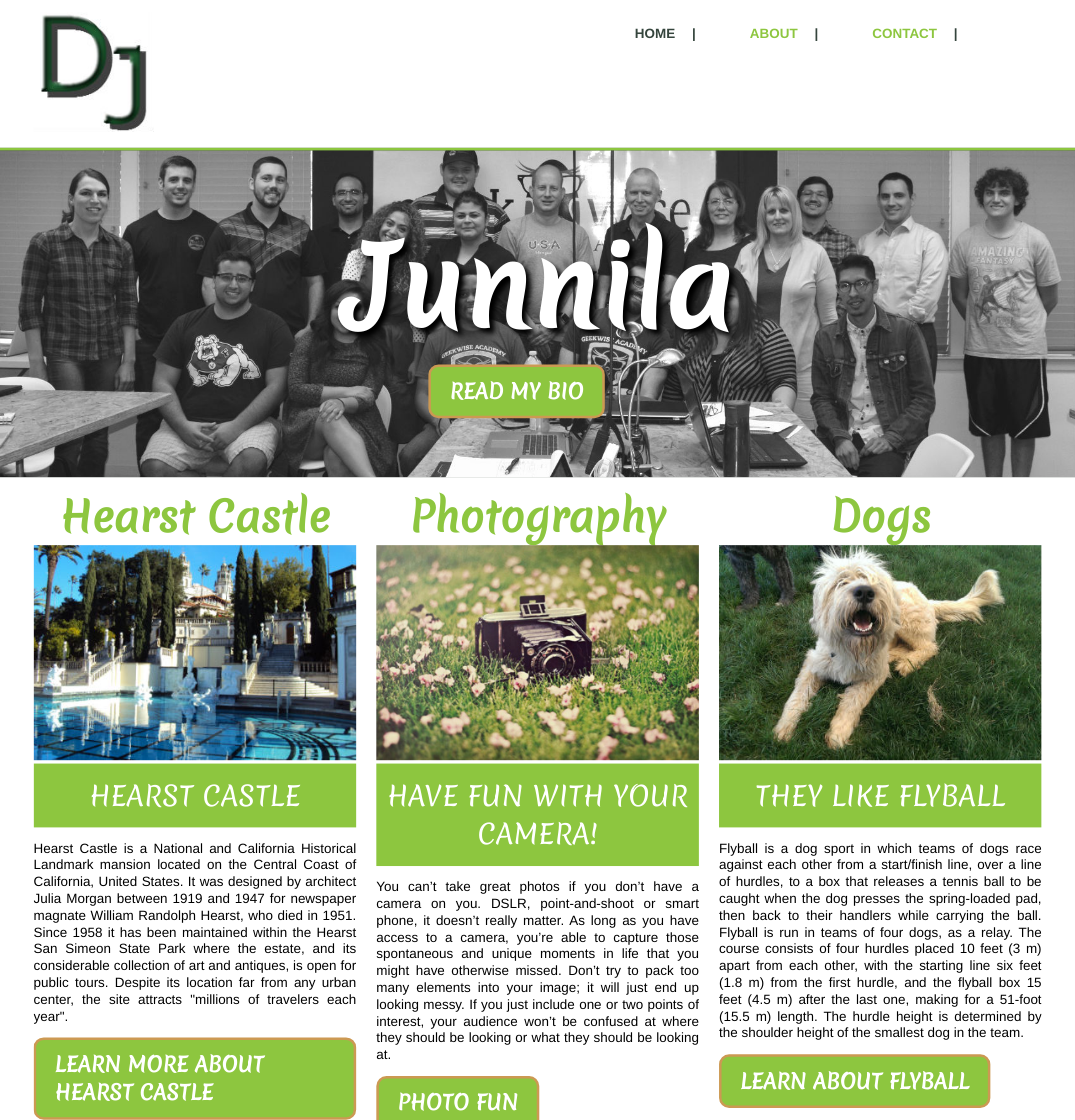
Repository: denajunnila/denaj
Page: index.html
The author's editor kept a record of every edit. The page is drawn from the files as they stood at one moment, then again after the next edit.
The browser window is 1280 px wide. The pictures show the part of the page from y = 0 to 1333 px (the page is 1911 px tall before and 1899 px after), at 84% of full size.
A picture or video elsewhere on the page could not be fetched, so the positions and the page height are approximate.

Above is the page before.

### index.html
<!DOCTYPE html>

<html>
    <!--WE DONT SEE ANYTHING THAT IS IN THE HEAD TAG-->
    <head>
        <title>Dena Junnila</title>

        <meta http-equiv="content-type" content="text/html; charset=UTF-8"/>
        <meta name="description" content="Welcome to the home of Dena Junnila page in Fresno CA." />
        <meta name="keywords" content="dena, junnila, fresno, dena junnila" />
        <link href='https://fonts.googleapis.com/css?family=Merriweather|Merienda' rel='stylesheet' type='text/css'>


        <link rel="stylesheet" href="css/styles.css" type="text/css" />
        <link rel="stylesheet" href="css/font-awesome.css" type="text/css" />


    </head>
    <body>
        <header>
            <div class="mainBody" id="header">
                <figure>
                    <img src="images/logo.jpg" alt="Dena Junnila" /> <!-- insert logo-->

                    <!--<h1><a href ="index.html" title="" id="logo">Dena Junnila</a></h1>-->
                </figure>
                <nav id="menu">
                    <ul>
                        <li class="currentPage"><a href="index.html">Home</a></li>
                        <li><a href="about-me.html">About</a></li>
                        <li><a href="contact.html">Contact</a></li>
                    </ul>
                </nav>
            </div>
        </header>
        <div id="bannerHome">
            <h1 class="bannerTitle">Junnila</h1>
            <div class="bannerButton" >
                <a href="about-me.html" title=""  class="button">Read my Bio</a>
            </div>
        </div>
        <section class="mainBody">
            <!--COLUMN (A) STARTS HERE-->
            <article class="columnA">
                <h2>Hearst Castle</h2>
                <div class="columnImage">
                    <a href="http://hearstcastle.org/" target="_blank"><img src="images/hearstCastle.jpg" alt="Hearst Castle" title="Picture of Hearst Pool."/></a>
                    <span>Hearst Castle</span>
                </div>
                <p>Hearst Castle is a National and California Historical Landmark mansion located on the Central Coast of California, United States. It was designed by architect Julia Morgan between 1919 and 1947 for newspaper magnate William Randolph Hearst, who died in 1951. Since 1958 it has been maintained within the Hearst San Simeon State Park where the estate, and its considerable collection of art and antiques, is open for public tours. Despite its location far from any urban center, the site attracts "millions of travelers each year".</p>
                <a href="http://hearstcastle.org/" target="_blank" class="button" title="Hearst Castle">Learn More about Hearst Castle</a>
            </article>
            <!--COLUMN (A) ENDS HERE-->

            <!--COLUMN (B) STARTS HERE-->
            <article class="columnB">
                <h2>Photography</h2>
                <div class="columnImage">
                    <a href="http://photography.com/" target="_blank"><img src="images/photography.jpg" alt="Photogaphy" title="Picture of photography."/></a>
                    <span>Have fun with your camera!</span>
                </div>
                <p>You can’t take great photos if you don’t have a camera on you. DSLR, point-and-shoot or smart phone, it doesn’t really matter. As long as you have access to a camera, you’re able to capture those spontaneous and unique moments in life that you might have otherwise missed. Don’t try to pack too many elements into your image; it will just end up looking messy. If you just include one or two points of interest, your audience won’t be confused at where they should be looking or what they should be looking at. </p>
                <a href="http://photography.com/" target="_blank" class="button" title="Photography Fun">Photo fun</a>
            </article>
            <!--COLUMN (B) ENDS HERE-->

            <!--COLUMN (C) STARTS HERE-->
            <article class="columnC">
                <h2>Dogs</h2>
                <div class="columnImage">
                    <a href="http://www.u-fli.com/" target="_blank"><img src="images/dogs.jpg" alt="Dog photo" title="Picture of dog lying down."/></a>
                    <span>They like Flyball</span>
                </div>
                <p>Flyball is a dog sport in which teams of dogs race against each other from a start/finish line, over a line of hurdles, to a box that releases a tennis ball to be caught when the dog presses the spring-loaded pad, then back to their handlers while carrying the ball. Flyball is run in teams of four dogs, as a relay. The course consists of four hurdles placed 10 feet (3 m) apart from each other, with the starting line six feet (1.8 m) from the first hurdle, and the flyball box 15 feet (4.5 m) after the last one, making for a 51-foot (15.5 m) length. The hurdle height is determined by the shoulder height of the smallest dog in the team.</p>
                <a href="http://www.u-fli.com/" target="_blank" class="button" title="Learn about Flyball">Learn about Flyball</a>
            </article>
            <!--COLUMN (C) ENDS HERE-->

        </section>
        <section class="mainBody" id="aboutMe">

            <!--ABOUT ME SECTION STARTS HERE-->
            <!--ASIDE TAG IS OFF TO THE SIDE - BUT IN THIS CASE IT STAYS WITHIN THE SECTION-->
            <aside class="alignLeft">
                <figure>
                    <img src="images/dena.jpg" alt="" title="" />
                </figure>
            </aside>
            <article class="alignRight">
                <h2>Dena Junnila</h2>
                <p>Lorem ipsum dolor sit amet, consectetuer adipiscing elit,
                sed diam nonummy nibh euismod tincidunt ut laoreet dolore
                magna aliquam erilat volutpat. Ut wisi enim ad minim veniam,
                quis nostrud exerci <mark>mark</mark> suscipit lobortis nisl
                ut aliquip ex ea commodo consequat. Duis autem vel eum iriure
                dolor in hendrerit in <strong>I am strong</strong>vulputate velit esse molestie consequat,
                vel illum dolore eu feugiat nulla facilisis at vero eros et
                accumsan et iusto odio dignissim qui blandit praesent luptatum
                zzril delenit augue <span style="color:#FF0000">duis dolore</span> te feugait nulla facilisi.
                Nam liber <b>this is a be tag</b>tempor cum soluta nobis eleifend option congue
                nihil imperdiet doming id quod mazim placerat facer possim
                assum. Typi non habent claritatem insitam; est usus legentis
                in iis qui facit eorum claritatem. Investigationes
                demonstraverunt lectores legere me lius quod ii legunt saepius.
                Claritas est etiam processus dynamicus, qui sequitur mutationem
                consuetudium lectorum. Mirum est notare quam littera gothica,
              .</p>
                <!--<p>Lorem ipsum dolor sit amet, consectetur adipisicing elit. Dignissimos, alias, perspiciatis, eveniet, consequatur officiis ex rem quo totam ipsa molestiae animi error debitis! <blockquote>"blockquote tag the coolest thing I ever said"</blockquote>"" sit amet, consectetur adipisicing elit. A, excepturi iste vel libero eligendi quam id modi dolorum temporibus quod reiciendis doloremque cum molestiae quisquam ratione blanditiis quasi fugit veniam?</p>-->
                <a href="about-me.html" title="" class="button">Read my Full Bio</a>
            </article>
            <!--ABOUT ME SECTION ENDS HERE-->

        </section>
        <footer id="copyright">
            <div id="social">
                <a href="#" target="_blank"><i class="fa fa-facebook"></i></a>
                <a href="#" target="_blank"><i class="fa fa-twitter"></i></a>
                <a href="#" target="_blank"><i class="fa fa-instagram"></i></a>
            </div>
            <p>&copy; 2015 Dena Junnila. All rights reserved. | Site by: <a href="" target="_blank">Junnila Co.</a></p>
        </footer>
        <!--GOOGLE ANALYTICS HERE-->

             <script>
              (function(i,s,o,g,r,a,m){i['GoogleAnalyticsObject']=r;i[r]=i[r]||function(){
              (i[r].q=i[r].q||[]).push(arguments)},i[r].l=1*new Date();a=s.createElement(o),
              m=s.getElementsByTagName(o)[0];a.async=1;a.src=g;m.parentNode.insertBefore(a,m)
              })(window,document,'script','//www.google-analytics.com/analytics.js','ga');

              ga('create', 'UA-69065440-1', 'auto');
              ga('send', 'pageview');

            </script>
        <!--GOOGLE ANALYTICS HERE-->
    </body>
</html>

### css/styles.css
/*GLOBAL STYLES*/

/*
====================================
GLOBAL STYLES FOR THE ENTIRE SITE
====================================
*/
/**{background-color:#FFE6E6;} THIS IS A GLOBAL ATTRIBUTE*/
@import url(https://fonts.googleapis.com/css?family=Merriweather|Merienda);

html, body {
    height:100%; /*FILL THE WHOLE PAGE*/
}
body {
    margin:0px; /*goes to the edge*/
    padding:0px; /*goes to the edge*/
    background-color:#FFFFFF;
    /*GLOBALY SELECT FONT IF '' DOESN'T WORK DEFAULT TO NEXT*/
    font-family:'Source Sans Pro', Helvetica, sans-serif;
    font-size:16px;
    font-weight:300;



}
h1, h2, h3 {
    margin:0px;
    padding:0px;
    color:#8DC63F; /*THIS COLOR IS LIME GREEN*/
    font-family: 'Merienda', cursive, Helvetica, sans-serif;
}
h1 {
    font-size:2em; /*EM IS 2 TIMES  FONT-SIZE THAT IS CURRENTLY 16*/
}
p {
    line-height:20px;
    margin:15px 0px;/*WILL CREATE A MARGIN BETWEEN PARAGRAPHS TOP AND BOTTOM*/
}
strong, b{
    color:#8DC63F;
}
a {
    color:#8DC63F;
    text-decoration:none;
}
a:hover{
    color:#35453D;

}
figure {
    margin:0px;
    padding:0px;
}

/*HEADER STYLES*/
/*THIS IS AND ID INSTEAD OF CLASS*/

header {
    /*OPTIONAL BACKGROUND COLOR BEHIND BANNER*/
    background-color:#FFFFFF;
}

#header {
    position:relative;
    padding:15px 0px;
}
#logo {
    width:75px;
}

#logo:hover{
    color:#8DC63F;
    text-decoration:none;
}


/*NAVIGATION STYLES*/

#menu{
    position:absolute;
    top:15px;
    right:5%;
}
/*NAVIGATION TAG LOOK*/
#menu li{
    display:inline;
    margin:0px 20px;
    text-transform:uppercase;
    font-weight:600;
}

#menu li:after {
    content:"|";
    padding:0px 20px;
    color:#35453D;
}

.currentPage a {
    /*SECONDARY COLOR*/
    color:#35453D;
}

/*BANNER STYLES*/

#bannerHome {
    background:url(../images/banner.jpg) no-repeat center center #354535;
    background-size:cover;
    border-top:3px solid #8DC63F;
    padding:70px 0px;
    overflow:hidden;
}

#bannerAbout {
    background:url(../images/bannerAbout.jpg) no-repeat center center #354535;
    background-size:cover;
    border-top:3px solid #8DC63F;
    padding:30px 0px;
    overflow:hidden;
}

#bannerContact {
    background:url(../images/bannerContact.jpg) no-repeat center center #35453D;
    background-size:cover;
    border-top:3px solid #8DC63F;
    padding:30px 0px;
    overflow:hidden;
}

.bannerTitle {
    color:#FFFFFF;
    font-size:8em;
    text-align:center;
    text-shadow:6px 6px 6px #000000;
}

/*MAIN STYLES*/
.mainBody{
    width:1200px;
    overflow:hidden;
    margin:0px auto; /*HOW TO CENTER ITEM*/
}

/*COLUMN STYLES*/

.columnA, .columnB, .columnC {
    width:384px;
}

.columnA, .columnB {
    float:left;
    margin-right:24px;
}

.columnC {
    float:left;
}

.columnA h2, .columnB h2, .columnC h2{
	font-family: 'Merienda', cursive, Helvetica, sans-serif;
	font-weight:700;
    font-size:3em;
    text-align:center;
    margin-top:12px;
}

.columnImage span {
    background-color:#8DC63F;
    color:#FFFFFF;
    /*BLOCK STACK ONE ON TOP OF OTHER*/
    display:block;
    font-size:2em;
    font-weightx:600;
    padding:15px 0px;
    margin-bottom:15px;
    text-align:center;
    text-transform:uppercase;
	font-family: 'Merienda', cursive, Helvetica, sans-serif;
}
.roundImg{
    padding:25px 0px;
    overflow:hidden;
    border-radius:185px;
}

.columnA p, .columnB p, .columnC p{
    padding:0px;
    text-align:justify;
}

/*BUTTON STYLES*/

a.button {
	font-family: 'Merienda', cursive, Helvetica, sans-serif;
    background-color:#8DC63F;
	padding:12px 22px;
	border:3px solid #CC9953;
	border-radius:12px 12px;
	/*border-radius:4px;*/
	font-size:1.5em;
	text-transform:uppercase;
	color:#FFFFFF;
    text-decoration:none;
	font-weight:600;
	float:left;


	/*CLEARS EVERYTHING OFF THAT LINE*/
}
a.button:hover {
    background-color:#35453d;
}

/*ABOUT STYLES*/

.alignLeft {
    float:left;
    width:384px;
    margin-right:24px;

}

.alignRight{
    float:right;
    width:788px;
}
.bannerButton{
  margin:0px auto;
  width:260px;

}

#aboutMe{
   margin-top:20px;
}



/*.vidContainer {*/
    /*padding-top:20px;*/
    /*float:left;*/
    /*width:384px;*/
    /*margin-right:12px;*/
/*}*/
/*.vidContainer2 {*/
    /*padding-top:30px;*/
    /*float:right;*/
    /*width:610px;*/
    /*margin-right:12px;*/
/*}*/

/*FOOTER STYLES*/
footer{
    margin-top:20px;
    clear:both;/*PLAY WITH THIS ON THE ABOUT PAGE*/
}

#copyright {
    overflow:hidden;
    padding:40px 0px;
    border-top:4px solid #8DC63F;
    background-color:#E2E2E2;
    display:block;
}

#copyright p {
    text-align:center;
    font-size:1em;
}

#copyright a {
    color:#35453D;

}
#copyright a:hover {
    color:#8DC63F;
    text-decoration:none;
}

/*CUSTOM STYLES*/
.vidContainer {
    margin: 0px auto;
    width: 98%;
}
#videoHolder {
    height: 0px;
    overflow: hidden;
    padding-bottom: 56.25%;
    padding-top: 30px;
    position: relative;
    width: 100%;
}
#videoHolder iframe, .video-container object, .video-container embed {
    height: 100%;
    left: 0px;
    position: absolute;
    top: 0px;
    width: 100%;
}

/*FORM */
#wufoo-z1n5w6jj1qyksd9{
    background-color:#F1F1F1;
    border-radius:10px;
    border:3px solid #35453D;
    width:80%;
    margin: 0px auto;
    padding:40px;
}
#maps{
    /*background-color:#F1F1F1;*/
    border-radius:10px;
    /*border:3px solid #8DC63F;*/
    width:80%;
    margin: 0px auto;
    padding:40px;
}

/*SOCIAL MEDIA STYLES*/
.fa {
    background-color:#8DC63F;
    border:3px solid #FFFFFF;
    border-radius:100%;
    font-size:1.7em !important;
    margin:15px;
    color:#FFFFFF;
    height:28px;
    width:28px;
    padding:10px;
    text-align:center;

}
.fa:hover{
    background-color:#35453D;
}

.fa-facebook{
    background-color:#0C516E;
}

.fa-twitter{
    background-color:#8CA6D9;
}

#social{
    text-align:center;
}
/*WANT TO BE SMALLER UNDER CONDIDITON*/
@media screen and (max-width:400px){
    h1 {
        font-size: .6em;
    }
}

Loaded but not shown: css/font-awesome.css (library)

After the next edit:
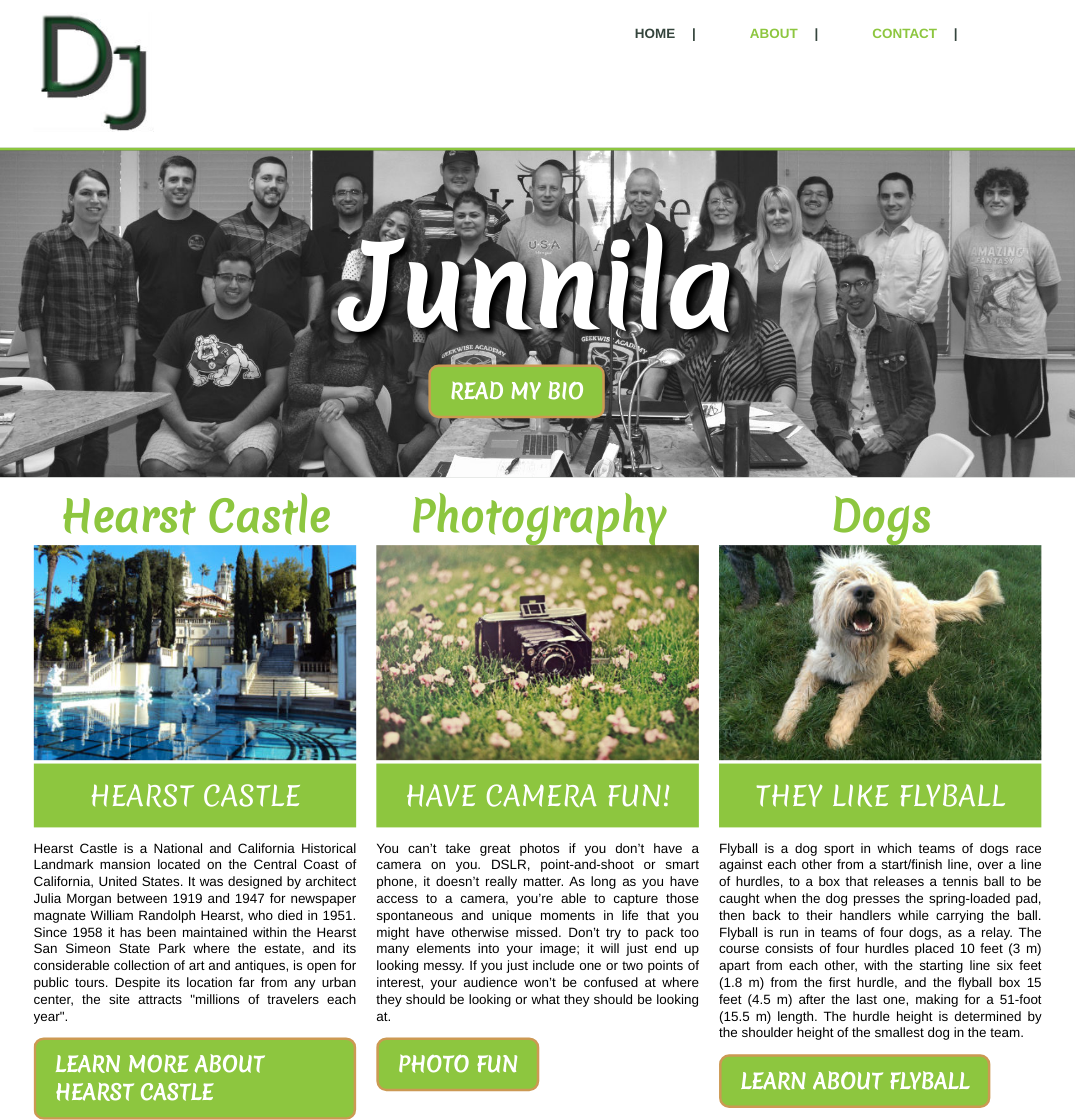
The edit:
--- a/index.html
+++ b/index.html
@@ -57,7 +57,7 @@
                 <h2>Photography</h2>
                 <div class="columnImage">
                     <a href="http://photography.com/" target="_blank"><img src="images/photography.jpg" alt="Photogaphy" title="Picture of photography."/></a>
-                    <span>Have fun with your camera!</span>
+                    <span>Have Camera Fun!</span>
                 </div>
                 <p>You can’t take great photos if you don’t have a camera on you. DSLR, point-and-shoot or smart phone, it doesn’t really matter. As long as you have access to a camera, you’re able to capture those spontaneous and unique moments in life that you might have otherwise missed. Don’t try to pack too many elements into your image; it will just end up looking messy. If you just include one or two points of interest, your audience won’t be confused at where they should be looking or what they should be looking at. </p>
                 <a href="http://photography.com/" target="_blank" class="button" title="Photography Fun">Photo fun</a>
